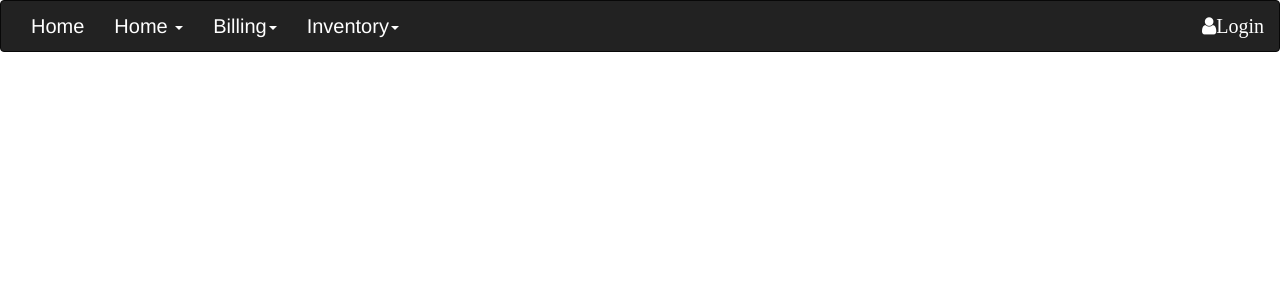
Repository: Abinesh-T/FinallDtProject
Page: http://localhost/Sri_Ananda/views/header.jsp
These files come from the project's save history. The page is drawn as it stood at one moment and after the next save; the edit follows.
The browser window is 1280 px wide. The pictures show the whole page.
Some web libraries are served in a nearby version. The page is served by Tomcat 9. Nobody is signed in. The application's start-up code is not run.

Above is the page before, as saved 2018-08-05 09:28:11.

After the next save:
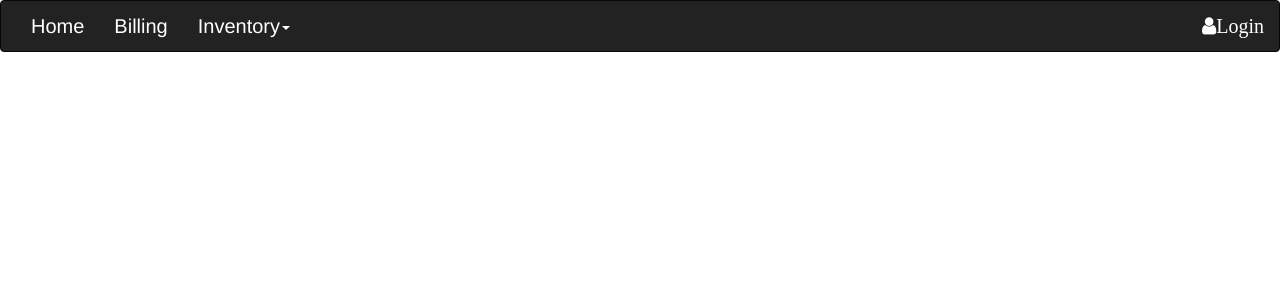
Saved 7 min 20 s later.
--- a/Sri_Ananda/src/main/webapp/views/header.jsp
+++ b/Sri_Ananda/src/main/webapp/views/header.jsp
@@ -44,16 +44,7 @@
 	<div class="container-fluid">
 		<ul class="nav navbar-nav">
 			<li><a href="index" style="font-size: 20px; color: white;">Home</a></li>
-			<li class="dropdown"><a href="index" class="dropdown-toggle"
-				data-toggle="dropdown" aria-haspopup="true" aria-expanded="false"
-				style="font-size: 20px; color: white">Home <span
-					class="caret"></span></a>
-				</li>
-			<li class="dropdown"><a href="Billing" class="dropdown-toggle"
-				data-toggle="dropdown" aria-haspopup="true" aria-expanded="false"
-				style="font-size: 20px; color: white">Billing<span
-					class="caret"></span></a>
-				</li>
+			<li><a href="index" style="font-size: 20px; color: white;">Billing</a></li>
 			<li class="dropdown"><a href="#" class="dropdown-toggle"
 				data-toggle="dropdown" aria-haspopup="true" aria-expanded="false"
 				style="font-size: 20px; color: white">Inventory<span
